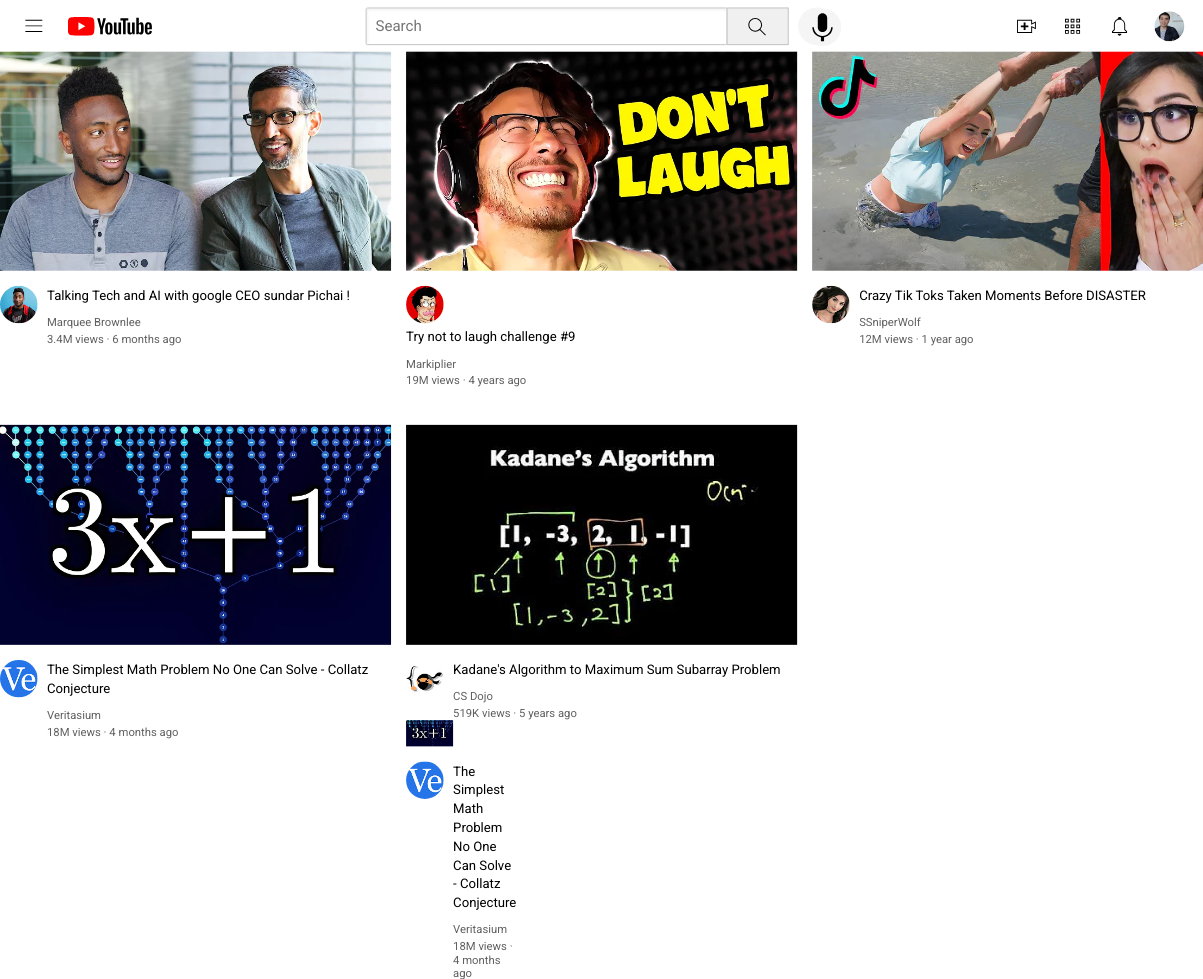
Repository: knowledgeAlan/html-css-thirteen
Page: youtube.html
The author's editor kept a copy of each file at every save. The page is drawn from the files as they stood at one save, then again after the next save.
The browser window is 1280 px wide. The pictures show the whole page, at 94% of full size.

Above is the page before, as saved 2024-03-19 18:24:01.

After the next save:
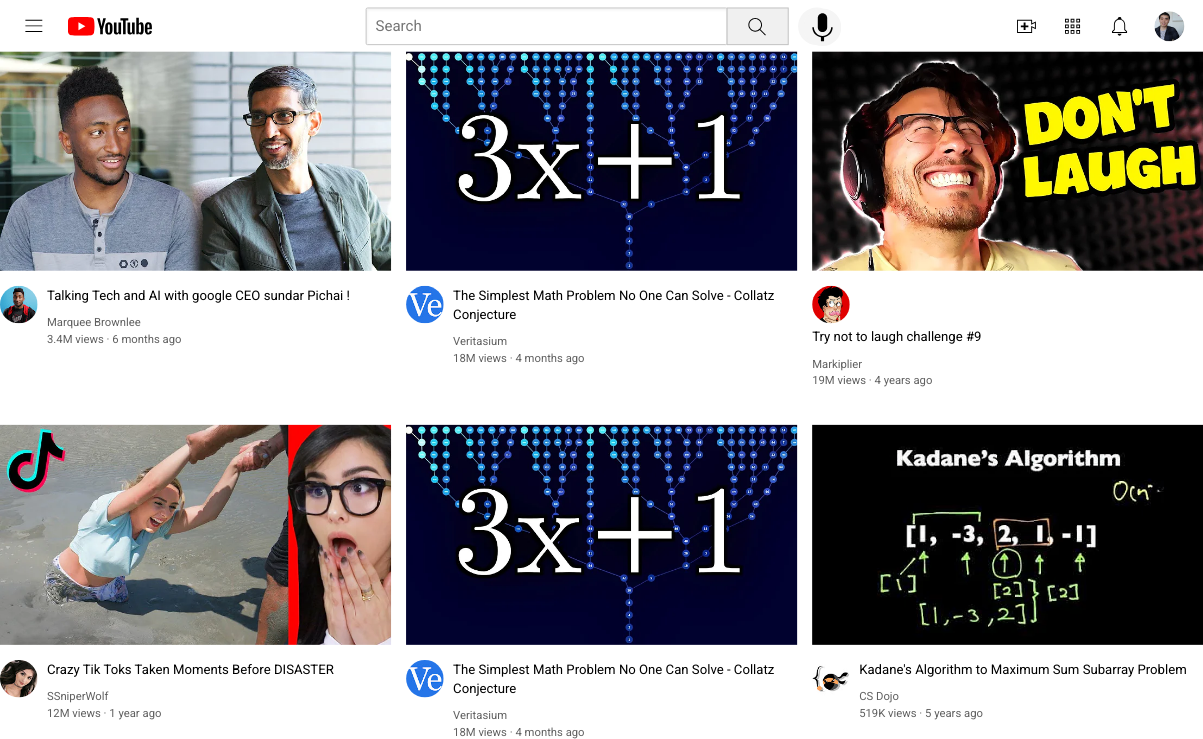
Saved 9 s later.
--- a/youtube.html
+++ b/youtube.html
@@ -77,7 +77,31 @@
 
                     </div>
                 </div>
-            </div>
+            </div>       <div class="video-preview">
+                <div class="thumbnail-row">
+                    <img class="thumbnail" src="thumbnails/thumbnail-4.webp">
+                </div>
+                <div class="video-info-grid">
+                    <div class="channel-picture">
+                        <img class="profile-picture" src="channel-pictures/channel-4.jpeg">
+                    </div>
+
+                    <div class="video-info">
+                        <p class="video-title">
+                            The Simplest Math Problem No One Can Solve - Collatz Conjecture
+                        </p>
+                        <p class="video-author">
+                            Veritasium
+                        </p>
+
+                        <p class="video-stats">
+                            18M views &#183; 4 months ago
+                        </p>
+
+                    </div>
+                </div>
+            </div>
+
 
 
             <div class="video-preview">
@@ -193,30 +217,6 @@
               </div>
             </div>
 
-            <div class="video-preview">
-                <div class="thumbnail-row">
-                    <img class="thumbnail" src="thumbnails/thumbnail-4.webp">
-                </div>
-                <div class="video-info-grid">
-                    <div class="channel-picture">
-                        <img class="profile-picture" src="channel-pictures/channel-4.jpeg">
-                    </div>
-
-                    <div class="video-info">
-                        <p class="video-title">
-                            The Simplest Math Problem No One Can Solve - Collatz Conjecture
-                        </p>
-                        <p class="video-author">
-                            Veritasium
-                        </p>
-
-                        <p class="video-stats">
-                            18M views &#183; 4 months ago
-                        </p>
-
-                    </div>
-                </div>
-            </div>
 
 
             <!-- <div class="video-preview">
